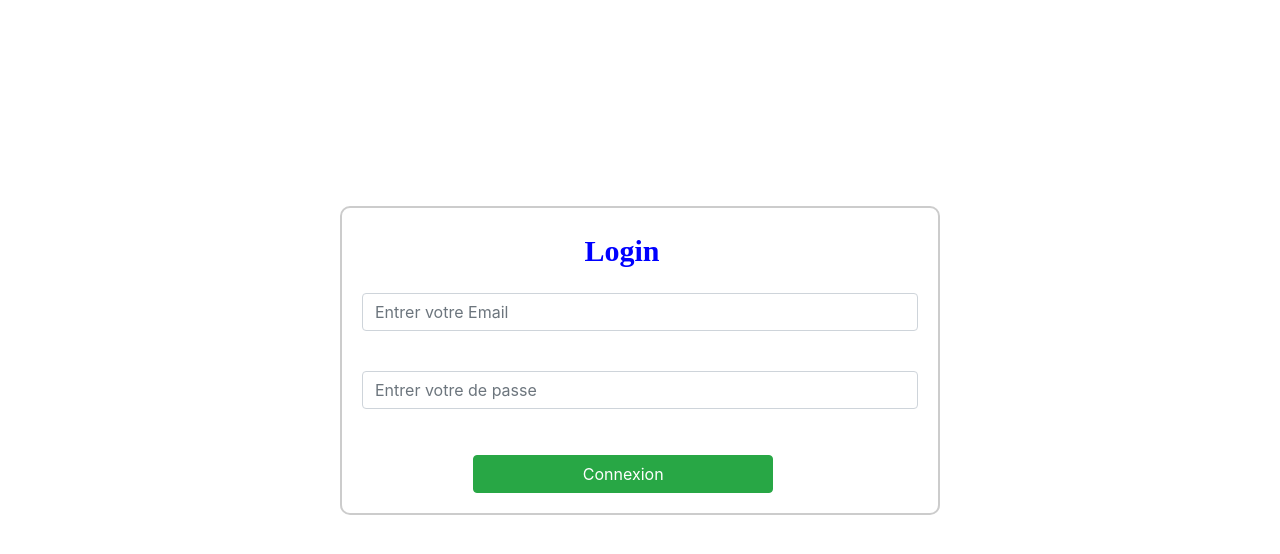
Repository: DiaryRz/FrontWeb
Page: /
The author's editor kept a copy of each file at every save. The page is drawn from the files as they stood at one save, then again after the next save.
The browser window is 1280 px wide. The pictures show the whole page.
The project was rebuilt for these pictures with package versions that can differ from the ones it lists, and the page was loaded fresh each time. Also part of the build but not shown: src/component/css/Header.css, src/component/Header.jsx, src/page/css/AppAffichage.css, src/component/css/NavBar.css, src/component/NavBar.jsx, src/component/css/Model.css, src/component/InsertModel.jsx, src/page/AppAffichage.jsx and 26 more.

Above is the page before, as saved 2024-01-28 21:09:25.

### src/App.js
import AppAffichage from './page/AppAffichage';
import Liste from './page/Carburant';
import InsertionBoiteDeVitesse from './page/BoiteDeVitesse';
import InsertionLieu from './page/Lieu';
import InsertionMarque from './page/Marque';
import ListeDesLieux from './page/SelectLieu';
import Login from './component/Login';
import InsertionCategorie from './component/InsertionCategorie';
import ListeCarburant from './page/ListeCarburant';
import ListeCategorie from './page/ListeCategorie';
import Recherche from './page/Recherche';
import AnnonceAValider from './page/AnnonceAValiderPage';
import Chart from './page/ChartPage';
import { BrowserRouter, Route, Routes } from 'react-router-dom';
import ListeDesVit from './page/ListeBoiteDeVitessePage';
import ListeDesMar from './page/ListeMarquePage';

function App() {
  return (
    <div className="App">
      <BrowserRouter>
        <Routes>
          <Route path='/' element = {<Login/> }></Route>
          <Route path='/insertionModel' element={ <AppAffichage /> }></Route>     {/* Insertion model */}
          <Route path='/InsertionCarburant' element={ <Liste /> }></Route>
          <Route path='/InsertionBoiteDeVitesse' element={ <InsertionBoiteDeVitesse /> }></Route>
          <Route path='/InsertionLieu' element={ <InsertionLieu /> }></Route>
          <Route path='/InsertionMarque' element={ <InsertionMarque /> }></Route>
          <Route path='/SelectLieu' element={ <ListeDesLieux /> }></Route>
          <Route path='/insertionCategorie' element = {<InsertionCategorie/> }></Route>
          <Route path='/ListeCarburant' element = {<ListeCarburant/> }></Route>
          <Route path='/Recherche' element = {<Recherche/> }></Route>
          <Route path='/ListeCategorie' element = {<ListeCategorie/> }></Route>
          <Route path='/ListeBoiteVitesse' element = {<ListeDesVit/> }></Route>
          <Route path='/ListeMarque' element = {<ListeDesMar/> }></Route>
          <Route path='/AnnonceAValider' element = {<AnnonceAValider/> }></Route>
          <Route path='/statistic' element = {<Chart/> }></Route>
        </Routes>
      </BrowserRouter>
    </div>
  );
}

export default App;

### src/component/Login.js
import React, { useState } from 'react';
import { useNavigate } from 'react-router-dom';


 /* Login.css */
 const loginContainer = {
    display:'flex',
    justifyContent: 'center',
    alignItems: 'center',
    height: '100vh',
    background: 'rgb(237, 237, 247);',
};


const loginForm = {
    width: '600px',
    padding: '20px',
    border: '2px solid #ccc',
    borderRadius:'10px',
    backgroundColor: 'white',

};

const Login = () => {
    const [nomUtilisateur, setnomUtilisateur] = useState('');
    const [mdp, setmdp] = useState('');
    const navigate = useNavigate();

    const Inserer = async (e) => {
        e.preventDefault();
        const lieu = { nomUtilisateur, mdp };

        try {
            const response = await fetch('http://localhost:8081/utilisateurs/verifierUser', {
                method: 'POST',
                headers: { 'Content-Type': 'application/json' },
                body: JSON.stringify(lieu),
            });

            if (!response.ok) {
                throw new Error(`Erreur lors de la requête : ${response.status}`);
            } else {
                const responseData = await response.text();

                localStorage.setItem("token", responseData);
                console.log(localStorage.getItem("token"));
                navigate('/insertionModel');
            }
        } catch (error) {
            console.error('Une erreur s\'est produite lors de la requête :', error.message);
            // Vous pouvez ajouter ici la gestion de l'erreur, par exemple afficher un message à l'utilisateur.
        }
    };


    return (
        <form onSubmit={Inserer}>
           <div style={loginContainer}>
                    <form style={loginForm}>
                        <div style={{ fontSize: '30px',fontFamily:'sansSerif', marginBottom: '20px' ,color:'blue',marginLeft:'40%'}}><b>Login</b></div>
                        <div className="mb-3">
                            <input type="email" className="form-control" placeholder="Entrer votre Email" value={nomUtilisateur} onChange={(e) => setnomUtilisateur(e.target.value)} />
                        </div>
                        <div className="mb-3" style={{marginTop:'40px'}}>
                            <input type="password" className="form-control" placeholder="Entrer votre de passe" value={mdp} onChange={(e) => setmdp(e.target.value)} />
                        </div>
                        <button type="submit" className="btn btn-success" style={{width:'300px',marginTop:'30px',marginLeft:'20%'}}>
                            Connexion
                        </button>
                    </form>

                </div>
        </form>
    );
};

export default Login;

Loaded but not shown: public/index.html (common file); src/index.js (common file); src/index.css (common file); src/reportWebVitals.js (common file); src/assets/bootstrap/css/bootstrap.min.css (library)

After the next save:
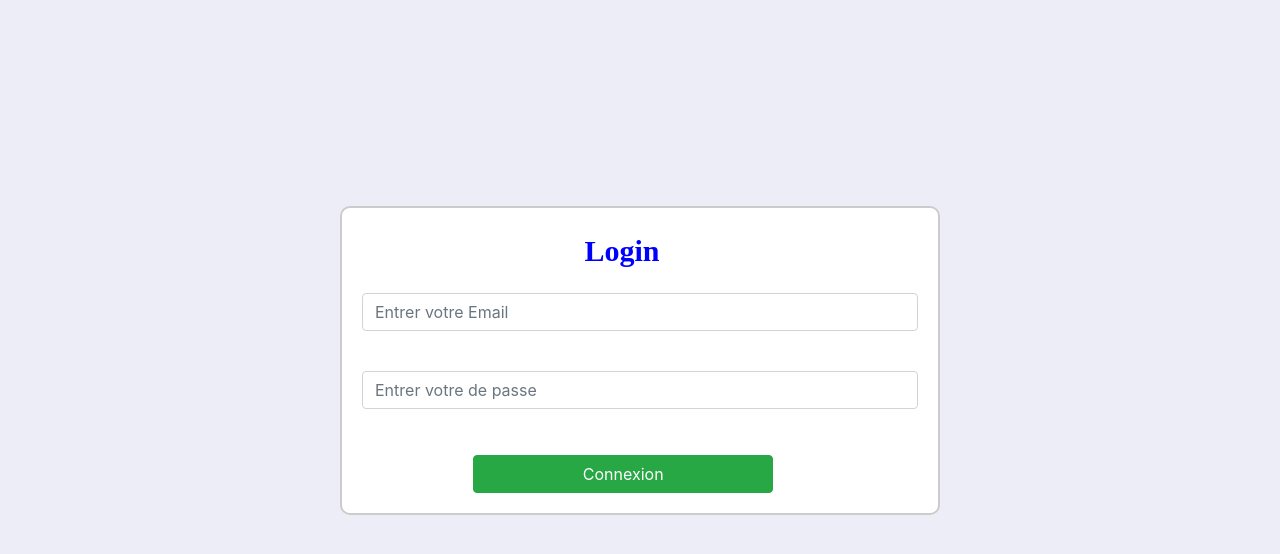
Saved 62 s later.
--- a/src/component/Login.js
+++ b/src/component/Login.js
@@ -8,7 +8,7 @@ import { useNavigate } from 'react-router-dom';
     justifyContent: 'center',
     alignItems: 'center',
     height: '100vh',
-    background: 'rgb(237, 237, 247);',
+    background: 'rgb(237, 237, 247)',
 };
 
 
